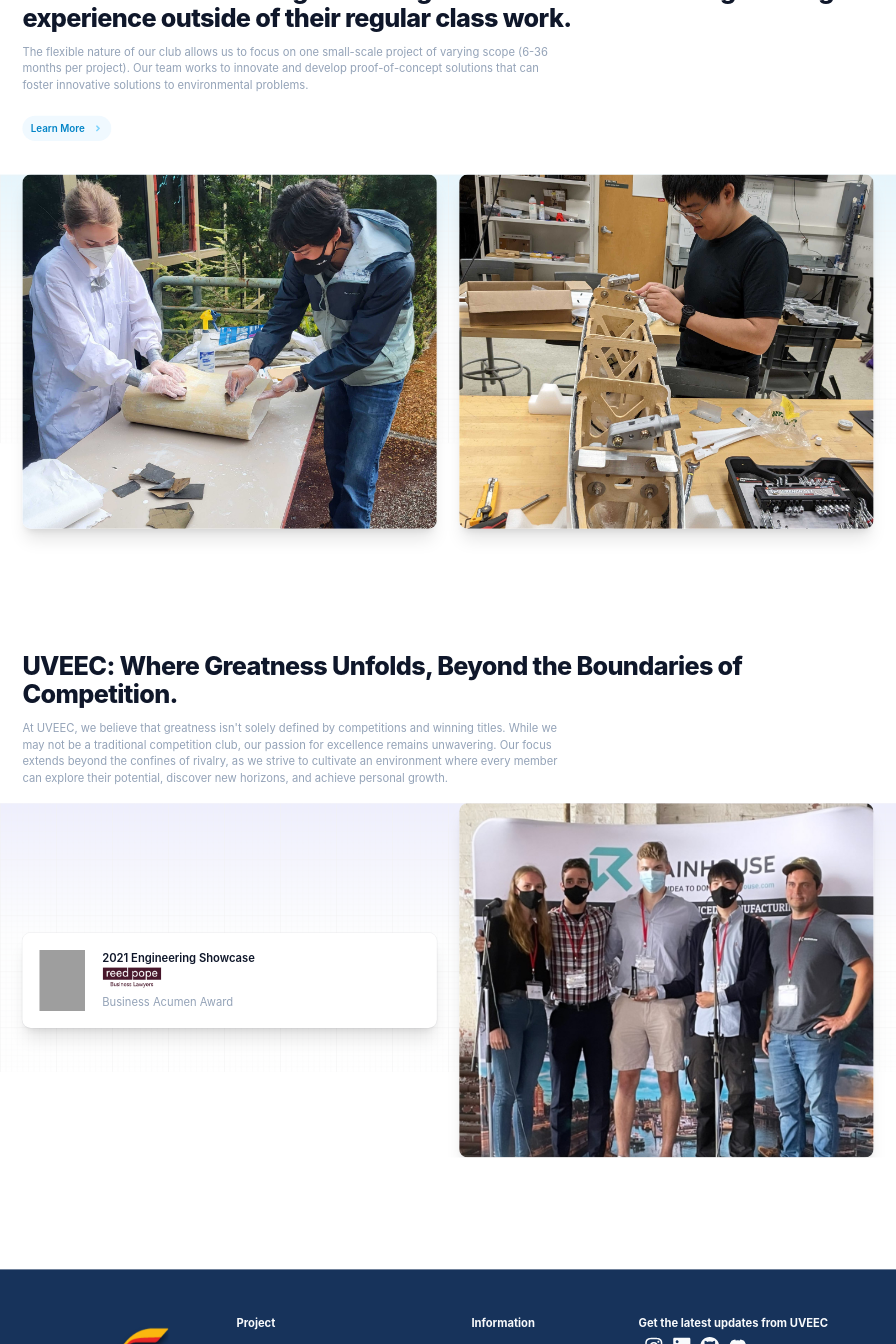
Repository: markaxelus/uveec-website
Page: /
An editor plug-in stored every save of this project. The page is shown before and after the next save, followed by the edit.
The browser window is 1280 px wide. The pictures show the part of the page from y = 938 to 2858 px (the page is 3096 px tall before and 3128 px after), at 70% of full size.
Pictures or frames that could not be fetched are drawn as grey boxes. The project was rebuilt for these pictures with package versions that can differ from the ones it lists, and the page was loaded fresh each time. The framework's server and built-in components were replaced by stand-ins that run in the browser. Also part of the build but not shown: next.config.js, src/components/molecules/ProfileCard.tsx.

Above is the page before, as saved 2024-06-08 23:12:58.

### pages/index.tsx
import Head from "next/head";
import Link from "next/link";
import Image from "next/image";
import type { NextPage } from "next";
import {
  HeroBanner,
  SponsorMarquee,
} from "../src/components/molecules";
import { BaseLayout } from "../src/Layout/BaseLayout";
import { FaAngleRight } from "react-icons/fa";

const Home: NextPage = () => {
  return (
    <div>
      <Head>
        <title>University of Victoria Environmental Engineering Club</title>
        <link rel="canonical" href="https://uveec.ca" key="canonical" />
        <meta
          name="description"
          content="Our organization's primary purpose is to create out of the box
          engineering solutions to everyday environmental problems in the local
          Capital Regional District of Victoria, British Columbia."
        />
        <meta name="viewport" content="width=device-width, initial-scale=1.0" />
        <meta
          name="keywords"
          content="UVEEC, UVic Environmental Engineering, Environmental Engineering, Environment, Engineering, University of Victoria, Victoria"
        />
        <meta
          property="og:title"
          content="University of Victoria Environmental Engineering Club"
        />
        <meta property="og:url" content="https://uveec.ca" />
        <meta property="og:type" content="website" />
        <link rel="icon" href="/favicon.ico" />
      </Head>
      <BaseLayout>
        <HeroBanner />
        <SponsorMarquee />
        <main>
          <div className="pt-20 mb-20 space-y-20 overflow-hidden sm:pt-32 sm:mb-32 sm:space-y-32 md:pt-40 md:mb-40 md:space-y-40">

            <section id="team">
              <div className="max-w-7xl mx-auto px-4 sm:px-6 md:px-8">
                <p className="mt-4 text-3xl sm:text-4xl text-slate-900 font-extrabold tracking-tight dark:text-slate-50">
                  One of our club&apos;s main goals is to give student hands-on
                  engineering experience outside of their regular class work.
                </p>
                <p className="mt-4 max-w-3xl text-slate-400 space-y-6 ">
                  The flexible nature of our club allows us to focus on one
                  small-scale project of varying scope (6-36 months per
                  project). Our team works to innovate and develop
                  proof-of-concept solutions that can foster innovative
                  solutions to environmental problems.
                </p>
                <Link href="/about" passHref>
                  <a className="group inline-flex items-center h-9 rounded-full text-sm font-semibold whitespace-nowrap px-3 focus:outline-none focus:ring-2 bg-sky-50 text-sky-600 hover:bg-sky-200 hover:text-sky-700 focus:ring-sky-500 dark:bg-slate-700 dark:text-slate-100 dark:hover:bg-slate-600 dark:hover:text-white dark:focus:ring-slate-500 mt-8 md:mb-10">
                    Learn More
                    <FaAngleRight className="overflow-visible ml-3 text-sky-300 group-hover:text-sky-400" />
                  </a>
                </Link>
              </div>
              <div className="relative pt-10 xl:pt-0 mt-10 xl:mt-2">
                <div className="absolute h-96 w-full bg-gradient-to-b from-sky-500 via-slate-100 to-white opacity-10 dark:to-slate-900">
                  <svg
                    width="100%"
                    height="100%"
                    xmlns="http://www.w3.org/2000/svg"
                  >
                    <defs>
                      <pattern
                        id="smallGrid"
                        width="8"
                        height="8"
                        patternUnits="userSpaceOnUse"
                      >
                        <path
                          d="M 8 0 L 0 0 0 8"
                          fill="none"
                          stroke="gray"
                          strokeWidth="0.5"
                        />
                      </pattern>
                      <pattern
                        id="grid"
                        width="80"
                        height="80"
                        patternUnits="userSpaceOnUse"
                      >
                        <rect width="80" height="80" fill="url(#smallGrid)" />
                        <path
                          d="M 80 0 L 0 0 0 80"
                          fill="none"
                          stroke="gray"
                          strokeWidth="1"
                        />
                      </pattern>
                    </defs>

                    <rect width="100%" height="100%" fill="url(#grid)" />
                  </svg>
                </div>
                <div className="max-w-7xl mx-auto px-4 sm:px-6 md:px-8 lg:grid lg:grid-cols-12 lg:gap-8">
                  {/*<div className="lg:col-span-5 xl:col-span-6 flex flex-col">
                    <div className="relative z-10 bg-white ring-1 ring-slate-900/5 rounded-lg shadow-xl px-6 py-5 my-auto xl:mt-18 dark:bg-slate-800">
                      <div className="absolute inset-x-0 inset-y-5 border-t border-b border-slate-100 pointer-events-none dark:border-slate-700" />
                      <div className="absolute inset-x-6 inset-y-0 border-l border-r border-slate-100 pointer-events-none dark:border-slate-700" />
                      <div className="bg-slate-50 overflow-hidden py-6 sm:py-9 lg:py-6 xl:py-9 px-6 dark:bg-slate-900/50">
                        <div className="relative h-96">
                          <Image
                            layout="fill"
                            src="/images/manufacturing2.jpg"
                            className="object-cover"
                            alt={""}
                            decoding="async"
                            priority
                          />
                        </div>
                      </div>
                    </div>
                  </div>*/}
                  <div className="mt-4 -mx-4 my-4 sm:mx-0 lg:mt-0 lg:col-span-7 xl:col-span-6">
                    <div className="relative overflow-hidden shadow-xl flex h-[31.625rem] max-h-[60vh] sm:max-h-[none] sm:rounded-xl lg:h-[34.6875rem] xl:h-[31.625rem]">
                      <Image
                        layout="fill"
                        src="/images/manufacturing2.jpg"
                        className="object-cover"
                        alt={""}
                        decoding="async"
                        priority
                      />
                    </div>
                  </div>
                  <div className="mt-4 -mx-4 my-4 sm:mx-0 lg:mt-0 lg:col-span-7 xl:col-span-6">
                    <div className="relative overflow-hidden shadow-xl flex h-[31.625rem] max-h-[60vh] sm:max-h-[none] sm:rounded-xl lg:h-[34.6875rem] xl:h-[31.625rem]">
                      <Image
                        layout="fill"
                        src="/images/manufacturing1.jpg"
                        className="object-cover"
                        alt={""}
                        decoding="async"
                        priority
                      />
                    </div>
                  </div>
                </div>
              </div>
            </section>

            <section id="awards">
              <div className="max-w-7xl mx-auto px-4 sm:px-6 md:px-8">
              <p className="mt-4 text-3xl sm:text-4xl text-slate-900 font-extrabold tracking-tight dark:text-slate-50">
              UVEEC: Where Greatness Unfolds, Beyond the Boundaries of Competition.
                </p>
                <p className="mt-4 pb-4 max-w-3xl text-slate-400 space-y-6 ">
                At UVEEC, we believe that greatness isn&apos;t solely defined by competitions and winning titles. While we may not be a traditional competition club, our passion for excellence remains unwavering. Our focus extends beyond the confines of rivalry, as we strive to cultivate an environment where every member can explore their potential, discover new horizons, and achieve personal growth.
                </p>
              </div>
              <div className="relative pt-10 xl:pt-0 mt-10 xl:mt-2">
                <div className="absolute h-96 w-full bg-gradient-to-b via-slate-100 from-indigo-500 to-white opacity-10 dark:to-slate-900">
                  <svg
                    width="100%"
                    height="100%"
                    xmlns="http://www.w3.org/2000/svg"
                  >
                    <defs>
                      <pattern
                        id="smallGrid"
                        width="8"
                        height="8"
                        patternUnits="userSpaceOnUse"
                      >
                        <path
                          d="M 8 0 L 0 0 0 8"
                          fill="none"
                          stroke="gray"
                          strokeWidth="0.5"
                        />
                      </pattern>
                      <pattern
                        id="grid"
                        width="80"
                        height="80"
                        patternUnits="userSpaceOnUse"
                      >
                        <rect width="80" height="80" fill="url(#smallGrid)" />
                        <path
                          d="M 80 0 L 0 0 0 80"
                          fill="none"
                          stroke="gray"
                          strokeWidth="1"
                        />
                      </pattern>
                    </defs>

                    <rect width="100%" height="100%" fill="url(#grid)" />
                  </svg>
                </div>
                <div className="max-w-7xl mx-auto px-4 sm:px-6 md:px-8 lg:grid lg:grid-cols-12 lg:gap-8">
                  <div className="lg:col-span-5 xl:col-span-6 flex flex-col">
                    <div className="relative z-10 bg-white rounded-xl shadow-xl ring-1 ring-slate-900/5 divide-y divide-slate-100 my-auto xl:mt-18 dark:bg-slate-800 dark:divide-slate-200/5 dark:highlight-white/10">
                      <div className="p-4 sm:p-6 lg:p-4 xl:p-6 space-x-4 items-start sm:space-x-6 lg:space-x-4 xl:space-x-6 flex">
                        <Image
                          src="/images/award.png"
                          height={88}
                          width={66}
                          alt={""}
                          decoding="async"
                          priority
                        />
                        <div className="min-w-0 relative flex-auto">
                          <h2 className="font-semibold text-slate-900 truncate sm:pr-20 dark:text-slate-100">
                            2021 Engineering Showcase
                          </h2>
                          <div className="dark:hidden">
                            <Image
                              height={32}
                              width={85}
                              src="/images/reedpope.png"
                              alt={""}
                              decoding="async"
                              priority
                            />
                          </div>
                          <div className="hidden dark:flex">
                            <Image
                              height={32}
                              width={85}
                              src="/images/reedpope-dark.png"
                              alt={""}
                              decoding="async"
                              priority
                            />
                          </div>
                          <p className="text-slate-400 ">
                            Business Acumen Award
                          </p>
                        </div>
                      </div>
                    </div>
                  </div>
                  <div className="mt-4 -mx-4 sm:mx-0 lg:mt-0 lg:col-span-7 xl:col-span-6">
                    <div className="relative overflow-hidden shadow-xl flex h-[31.625rem] max-h-[60vh] sm:max-h-[none] sm:rounded-xl lg:h-[34.6875rem] xl:h-[31.625rem]">
                      <Image
                        layout="fill"
                        src="/images/awarding.jpg"
                        className="object-cover"
                        alt={""}
                        decoding="async"
                        priority
                      />
                    </div>
                  </div>
                </div>
              </div>
            </section>
          </div>
        </main>
      </BaseLayout>
    </div>
  );
};

export default Home;

### styles/globals.css
@tailwind base;
@tailwind components;
@tailwind utilities;

html,
body {
  padding: 0;
  margin: 0;
  font-family: -apple-system, BlinkMacSystemFont, Segoe UI, Roboto, Oxygen,
    Ubuntu, Cantarell, Fira Sans, Droid Sans, Helvetica Neue, sans-serif;
}

a {
  color: inherit;
  text-decoration: none;
}

* {
  box-sizing: border-box;
}

.right-arrow {
  position: absolute;
  top: 50%;
  right: 0px;
  font-size: 3rem;
  color: #000;
  z-index: 10;
  cursor: pointer;
  user-select: none;
}

.left-arrow {
  position: absolute;
  top: 50%;
  left: 0px;
  font-size: 3rem;
  color: #000;
  z-index: 10;
  cursor: pointer;
  user-select: none;
}

.slide {
  opacity: 0;
  transition-duration: 1s ease;
}

.slide.active {
  opacity: 1;
  transition-duration: 1s;
  transform: scale(1.08);
}

@media (prefers-color-scheme: dark) {
  html {
    color-scheme: dark;
  }
  body {
    color: #f8fafc;
    background: #0f172a;
  }
}

### src/components/molecules/index.tsx
export { NavBar } from "./NavBar";
export { SponsorMarquee } from "./SponsorMarquee";
export { HeroBanner } from "./HeroBanner";
export { Menu } from "./Menu";
export { ProfileCard } from "./ProfileCard";

### src/Layout/BaseLayout.tsx
import React, { PropsWithChildren } from "react";
import { Footer, Header } from "../components/organisms";

interface BaseLayoutProps {}

export const BaseLayout = ({
  children,
}: PropsWithChildren<BaseLayoutProps>) => {
  return (
    <div>
      <Header />
      {children}
      <Footer />
    </div>
  );
};

### src/components/molecules/NavBar.tsx
import React from "react";
import { NavLink } from "../atoms";

export const NavBar = () => {
  return (
    <div className="z-50 flex flex-row items-center space-x-4">
      <NavLink name="Home" link="/" />
      <NavLink name="About" link="/about" />
      <NavLink name="Projects" link="/projects" />
      <NavLink name="Sponsors" link="/sponsors" />
      <NavLink name="Contact" link="/contact" />
    </div>
  );
};

### src/components/molecules/SponsorMarquee.tsx
import Marquee from "react-fast-marquee";
import { Logo } from "../atoms";
import { SponsorMap } from "../../constants";

export const SponsorMarquee = () => {
  return (
    <Marquee direction="right" speed={80} gradient={false}>
      <div className="flex flex-row items-center justify-evenly space-x-24 space-y-4 mr-24">
        {SponsorMap.map((card, i) => (
          <div
            key={i}
          >
            <Logo
              src={card.img}
              className="h-12 w-56 dark:hidden"
              classNameImage="object-contain"
            />
          </div>
        ))}
      </div>
    </Marquee>
  );
};

### src/components/molecules/HeroBanner.tsx
import Image from "next/image";
import Link from "next/link";
import {
  FaInstagram,
  FaLinkedin,
  FaGithub,
  FaDiscord,
  FaAngleRight,
} from "react-icons/fa";

export const HeroBanner = () => {
  return (
    <div className="flex flex-col relative items-center h-[500px] md:h-[600px] w-full">
      <div className="relative h-full w-full">
        <Image
          layout="fill"
          src="/images/hero2.jpg"
          className="object-cover"
          alt={""}
          decoding="async"
          priority
        />
        <div className="bg-black h-full w-full opacity-60" />
      </div>
      <div className="absolute top-14 md:top-24 w-full md:w-[800px]">
        <h1 className="text-slate-50 font-extrabold text-4xl sm:text-5xl lg:text-6xl tracking-tight text-center mb-3">
          Preserving the environment one project at a time
        </h1>
        <p className="mt-6 text-lg text-slate-50 text-center max-w-3xl mx-auto mb-5">
          Our organization&apos;s primary purpose is to create out of the box
          engineering solutions to everyday environmental problems in the local
          Capital Regional District of Victoria, British Columbia.
        </p>
        <div className="flex flex-row justify-evenly">
          <Link href="/projects" passHref>
            <a className=" flex flex-row items-center hover:cursor-pointer">
              <p className="text-orange font-bold">Learn more</p>
              <FaAngleRight className="h-5 w-5 fill-orange" />
            </a>
          </Link>
          <Link href="/contact">
            <a className=" flex flex-row items-center hover:cursor-pointer">
              <p className="text-slate-50">Contact us</p>
              <FaAngleRight className="h-5 w-5 fill-slate-50" />
            </a>
          </Link>
        </div>
      </div>
      <div className="flex flex-row items-center justify-center bg-lightBlue text-slate-50 text-lg h-11 w-full py-2">
        Find us on&nbsp;
        <Link href="https://www.instagram.com/uvicenvironment/?hl=en" passHref>
          <a target="_blank" rel="noopener noreferrer">
            <FaInstagram className="h-6 w-6 fill-slate-50 hover:fill-orange hover:cursor-pointer" />
          </a>
        </Link>
        ,&nbsp;
        <Link
          href="https://www.linkedin.com/company/university-of-victoria-environmental-engineering-club-uveec/"
          passHref
        >
          <a target="_blank" rel="noopener noreferrer">
            <FaLinkedin className="h-6 w-6 fill-slate-50 hover:fill-orange hover:cursor-pointer" />
          </a>
        </Link>
        ,&nbsp;
        <Link
          href="https://github.com/UVic-Environmental-Engineering-Club"
          passHref
        >
          <a target="_blank" rel="noopener noreferrer">
            <FaGithub className="h-6 w-6 fill-slate-50 hover:fill-orange hover:cursor-pointer" />
          </a>
        </Link>
        ,&nbsp;and&nbsp;
        <Link href="https://discord.gg/SF6sRAQEuv" passHref>
          <a target="_blank" rel="noopener noreferrer">
            <FaDiscord className="h-6 w-6 fill-slate-50 hover:fill-orange hover:cursor-pointer" />
          </a>
        </Link>
      </div>
    </div>
  );
};

### src/components/molecules/Menu.tsx
import React, {useState} from "react";
import { NavLink } from "../atoms";

import { BiMenu, BiX } from 'react-icons/bi'

export const Menu = () => {
    const [toggle, setToggle] = useState(false)
  return (
    <div className="fixed left-0 top-0 w-full z-10 ease-in duration-300">
        <div className="w-full max-w-[1240px] m-auto flex justify-between items-center p-4">
            <div onClick={() => setToggle(!toggle)} className="block z-10 text-3xl absolute right-2 top-5 cursor-pointer md:hidden">
            {toggle ? <BiX size={30} className="fill-white"/> : <BiMenu size={30} className="fill-white" /> }
            </div>
                <ul className={`flex flex-col items-center py-8 md:flex md:items-center absolute bg-[#102543] left-0 w-full md:pl-0 transition-all duration-500 ease in ${toggle ? 'top-16' : 'top-[-490px]'}`}>
                    <li className="p-3 text-4xl">
                        <NavLink name="Home" link="/" />
                    </li>
                    <li className="p-3 text-4xl">
                        <NavLink name="About" link="/about" />
                    </li>
                    <li className="p-3 text-4xl">
                        <NavLink name="Projects" link="/projects" />
                    </li>
                    <li className="p-3 text-4xl">
                        <NavLink name="Sponsors" link="/sponsors" />
                    </li>
                    <li className="p-3 text-4xl">
                        <NavLink name="Contact" link="/contact" />
                    </li>
                </ul>
        </div>
    </div>
  );
};

### src/components/atoms/index.tsx
export { NavLink } from "./NavLink";
export { Logo } from "./Logo";

### src/components/organisms/Header.tsx
import Link from "next/link";
import Image from "next/image";
import { NavBar } from "../molecules";
import { Menu } from "../molecules";

export const Header = () => {
  return (
    <div className="sticky top-0 z-50 flex flex-row items-center justify-between h-16 w-full px-4 py-2 shadow-2xl bg-royalBlue">
      <Link href="/" passHref>
        <a className="relative h-10 w-28 hover:cursor-pointer">
          <Image
            layout="fill"
            src="/images/uveec.png"
            alt={""}
            decoding="async"
            priority
          />
        </a>
      </Link>
      <div className="hidden md:block">
        <NavBar />
      </div>
      <div className="md:hidden">
        <Menu />
      </div>
    </div>
  );
};

### src/components/atoms/NavLink.tsx
import classNames from "classnames";
import { useRouter } from "next/router";
import { useMemo } from "react";

interface NavLinkProps {
  link: string;
  name: string;
}

export const NavLink = ({ link, name }: NavLinkProps) => {
  const { asPath } = useRouter();

  const isHighlighted = useMemo(() => {
    if (asPath === "/" && name === "Home") return true;
    return asPath.replace("/", "") === name.replace("/", "").toLowerCase();
  }, [asPath, name]);

  return (
    <a
      href={link}
      className={classNames(
        isHighlighted ? "text-orange" : "text-slate-50",
        "text-lg"
      )}
    >
      {name}
    </a>
  );
};

### src/components/atoms/Logo.tsx
import Image from "next/image";
import classNames from "classnames";

interface BaseLogoProps {
  src: string;
  className?: string;
  classNameImage?: string;
}

// Logo is used for building Marquee.
// className is to style div container of image.
// classNameImage is to style image itself. object-contain is used for SponsorMarquee. object-cover is used for IndexMarquee.

export const Logo = ({ src, className, classNameImage }: BaseLogoProps) => {
  return (
    <div className={classNames(className, "relative")}>
      <Image
        layout="fill"
        src={`${src}`}
        alt={""}
        decoding="async"
        className={classNameImage}
        priority
      />
    </div>
  );
};

Loaded but not shown: pages/_app.tsx (common file); src/components/organisms/index.tsx (common file); tailwind.config.js (18 lines, source omitted); src/constants.ts (282 lines, source omitted); src/components/organisms/Footer.tsx (98 lines, source omitted)

After the next save:
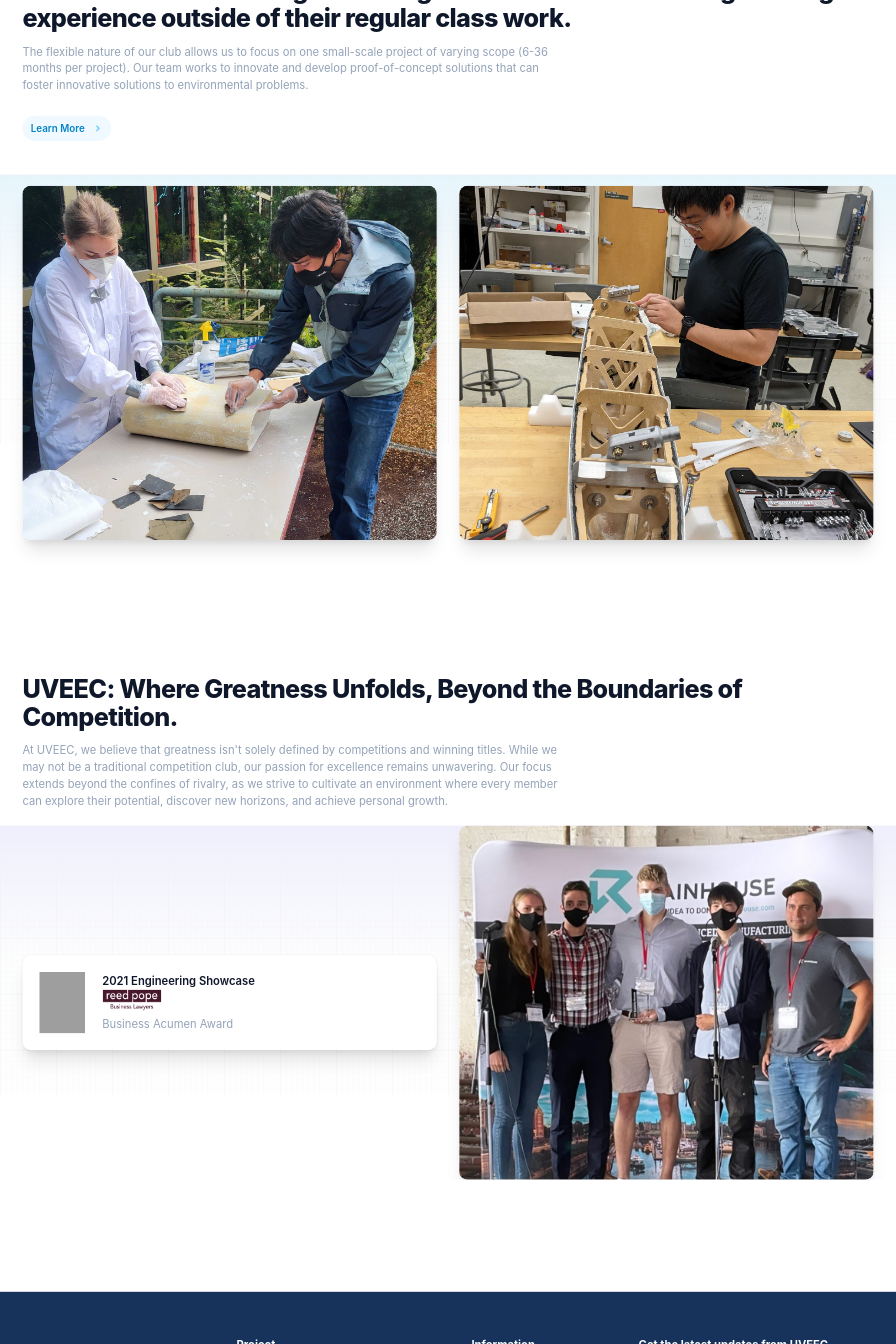
Saved 50 s later.
--- a/pages/index.tsx
+++ b/pages/index.tsx
@@ -100,7 +100,7 @@
                     <rect width="100%" height="100%" fill="url(#grid)" />
                   </svg>
                 </div>
-                <div className="max-w-7xl mx-auto px-4 sm:px-6 md:px-8 lg:grid lg:grid-cols-12 lg:gap-8">
+                <div className="max-w-7xl mx-auto px-4 py-4 sm:px-6 md:px-8 lg:grid lg:grid-cols-12 lg:gap-8">
                   {/*<div className="lg:col-span-5 xl:col-span-6 flex flex-col">
                     <div className="relative z-10 bg-white ring-1 ring-slate-900/5 rounded-lg shadow-xl px-6 py-5 my-auto xl:mt-18 dark:bg-slate-800">
                       <div className="absolute inset-x-0 inset-y-5 border-t border-b border-slate-100 pointer-events-none dark:border-slate-700" />
